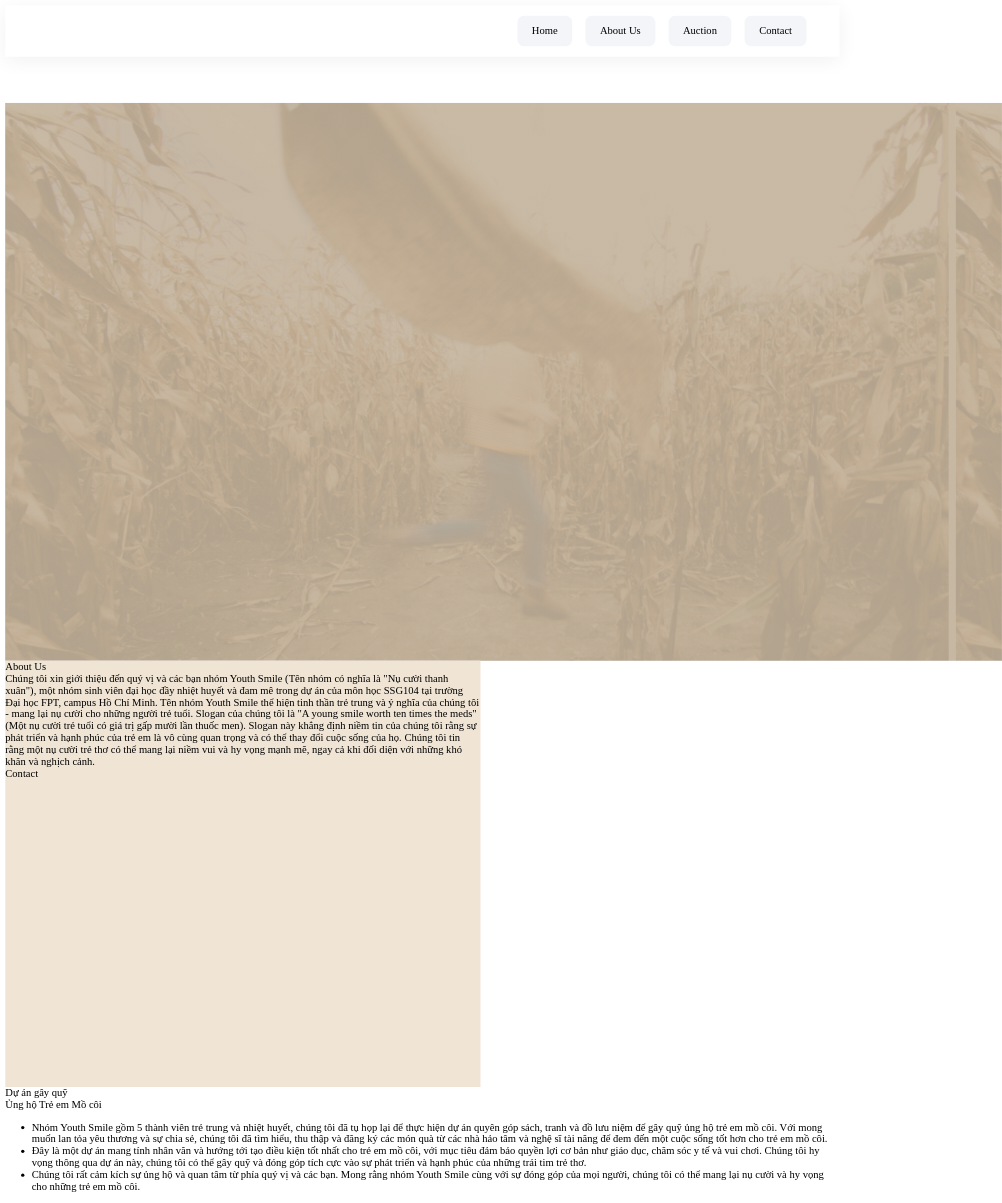
Repository: anatole24/Youth-Smile
Page: about.html
The author's editor kept a copy of each file at every save. The page is drawn from the files as they stood at one save, then again after the next save.
The browser window is 1280 px wide. The page is 1518 px wide, so the pictures cover 1518 px, including what lies to the right of the window. The pictures show the whole page, at 66% of full size.
Some web fonts or font styles are not loaded; a fallback is used.

Above is the page before, as saved 2023-06-29 14:12:54.

### about.html
<!DOCTYPE html>
<head>
  <meta charset="UTF-8">
  <meta http-equiv="X-UA-Compatible" content="IE=edge">
  <meta name="viewport" content="width=device-width, initial-scale=1.0">
  <link rel="stylesheet" href="https://cdnjs.cloudflare.com/ajax/libs/font-awesome/6.4.0/css/all.min.css" integrity="sha512-iecdLmaskl7CVkqkXNQ/ZH/XLlvWZOJyj7Yy7tcenmpD1ypASozpmT/E0iPtmFIB46ZmdtAc9eNBvH0H/ZpiBw==" crossorigin="anonymous" referrerpolicy="no-referrer">
  <link rel="preconnect" href="https://fonts.googleapis.com">
  <link rel="preconnect" href="https://fonts.gstatic.com" crossorigin="">
  <link href="https://fonts.googleapis.com/css2?family=Dancing+Script&amp;family=Geologica&amp;family=Kaushan+Script&amp;family=Lobster&amp;family=Marck+Script&amp;family=Merienda&amp;family=Patrick+Hand&amp;family=Patrick+Hand+SC&amp;family=Playball&amp;family=Roboto&amp;family=Roboto+Condensed&amp;display=swap" rel="stylesheet">
  <link rel="stylesheet" href="header.css">
  <link rel="stylesheet" href="about.css">
  <title>About Us</title>
  <body>
    <div class="header">
      <div class="header_container">
        <div class="header_list"><a class="header_item" href="./index.html">Home</a><a class="header_item" href="./about.html">About Us</a><a class="header_item" href="./auction.html">Auction</a><a class="header_item" href="./contact.html">Contact</a></div>
      </div>
    </div>
    <section class="about">
      <div class="about-top">
        <div class="top-img"></div>
        <div class="top-left">
          <div class="left-title">About Us</div>
          <div class="left-content">Chúng tôi xin giới thiệu đến quý vị và các bạn nhóm Youth Smile (Tên nhóm có nghĩa là "Nụ cười thanh xuân"), một nhóm sinh viên đại học đầy nhiệt huyết và đam mê trong dự án của môn học SSG104 tại trường Đại học FPT, campus Hồ Chí Minh. Tên nhóm Youth Smile thể hiện tinh thần trẻ trung và ý nghĩa của chúng tôi - mang lại nụ cười cho những người trẻ tuổi. Slogan của chúng tôi là "A young smile worth ten times the meds" (Một nụ cười trẻ tuổi có giá trị gấp mười lần thuốc men). Slogan này khẳng định niềm tin của chúng tôi rằng sự phát triển và hạnh phúc của trẻ em là vô cùng quan trọng và có thể thay đổi cuộc sống của họ. Chúng tôi tin rằng một nụ cười trẻ thơ có thể mang lại niềm vui và hy vọng mạnh mẽ, ngay cả khi đối diện với những khó khăn và nghịch cảnh.</div><a class="left-button" href="./contact.html">Contact</a>
        </div>
        <div class="top-right"></div>
        <div class="top-image"></div>
      </div>
      <div class="about-center">
        <div class="center-img"></div>
        <div class="center-left"> </div>
        <div class="center-right">
          <div class="right-title">Dự án gây quỹ </div>
          <div class="right-title2">Ủng hộ Trẻ em Mồ côi</div>
          <div class="right-content">
            <ul>
              <li>Nhóm Youth Smile gồm 5 thành viên trẻ trung và nhiệt huyết, chúng tôi đã tụ họp lại để thực hiện dự án quyên góp sách, tranh và đồ lưu niệm để gây quỹ ủng hộ trẻ em mồ côi. Với mong muốn lan tỏa yêu thương và sự chia sẻ, chúng tôi đã tìm hiểu, thu thập và đăng ký các món quà từ các nhà hảo tâm và nghệ sĩ tài năng để đem đến một cuộc sống tốt hơn cho trẻ em mồ côi.</li>
              <li>Đây là một dự án mang tính nhân văn và hướng tới tạo điều kiện tốt nhất cho trẻ em mồ côi, với mục tiêu đảm bảo quyền lợi cơ bản như giáo dục, chăm sóc y tế và vui chơi. Chúng tôi hy vọng thông qua dự án này, chúng tôi có thể gây quỹ và đóng góp tích cực vào sự phát triển và hạnh phúc của những trái tim trẻ thơ.</li>
              <li>Chúng tôi rất cảm kích sự ủng hộ và quan tâm từ phía quý vị và các bạn. Mong rằng nhóm Youth Smile cùng với sự đóng góp của mọi người, chúng tôi có thể mang lại nụ cười và hy vọng cho những trẻ em mồ côi.</li>
            </ul>
          </div>
        </div>
      </div>
    </section>
  </body>
</head>

### header.css
:root {
  --primary-color: #c08d18bb;
}
body {
  overflow-x: hidden;
}
a {
  text-decoration: none;
  color: inherit;
}
button {
  cursor: pointer;
  outline: none;
  font: inherit;
  background-color: transparent;
  border: none;
}

.header {
  background-color: white;
  padding: 16px 0;
  box-shadow: 0px 6px 30px 0px rgba(15, 15, 15, 0.06);
  margin-bottom: 70px;
}
.header_container {
  margin: 0 auto;
}
.header_list {
  margin-right: 50px;
  display: flex;
  align-items: center;
  justify-content: flex-end;
  gap: 20px;
  flex-direction: row;
  flex-wrap: nowrap;
}
.header_item {
  padding: 14px 22px;
  border-radius: 10px;
  background-color: #f4f5f9;
  display: block;
  transition: background-color 0.2s linear, color 0.25s ease-in;
}
.header_item:hover {
  background-color: #c08d18bb;
  color: white;
}

### about.css
.top-img {
  width: 1510px;
  height: 845px;
  flex-shrink: 0;
  background: linear-gradient(
      0deg,
      rgba(234, 232, 218, 0.01) 0%,
      rgba(234, 232, 218, 0.01) 100%
    ),
    url("./images/a-back.png"), lightgray 50% / cover no-repeat;
}
.top-left {
  width: 720px;
  height: 646px;

  flex-shrink: 0;
  background: #f0e5d5;
}

After the next save:
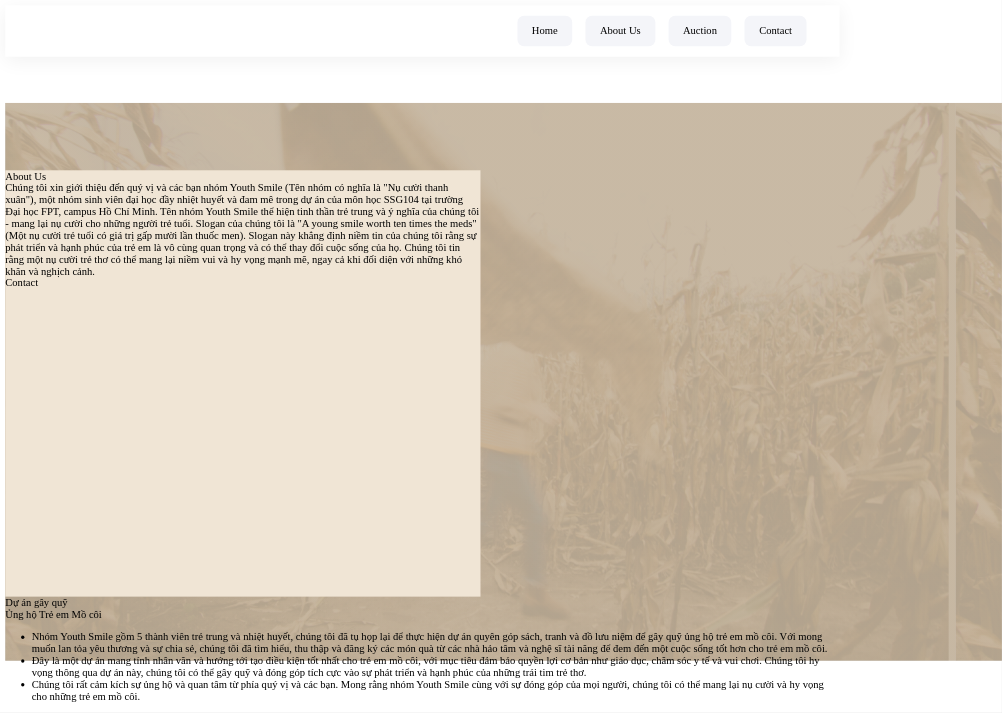
Saved 41 s later.
--- a/about.css
+++ b/about.css
@@ -12,7 +12,7 @@
 .top-left {
   width: 720px;
   height: 646px;
-
+  margin-top: -743px;
   flex-shrink: 0;
   background: #f0e5d5;
 }
